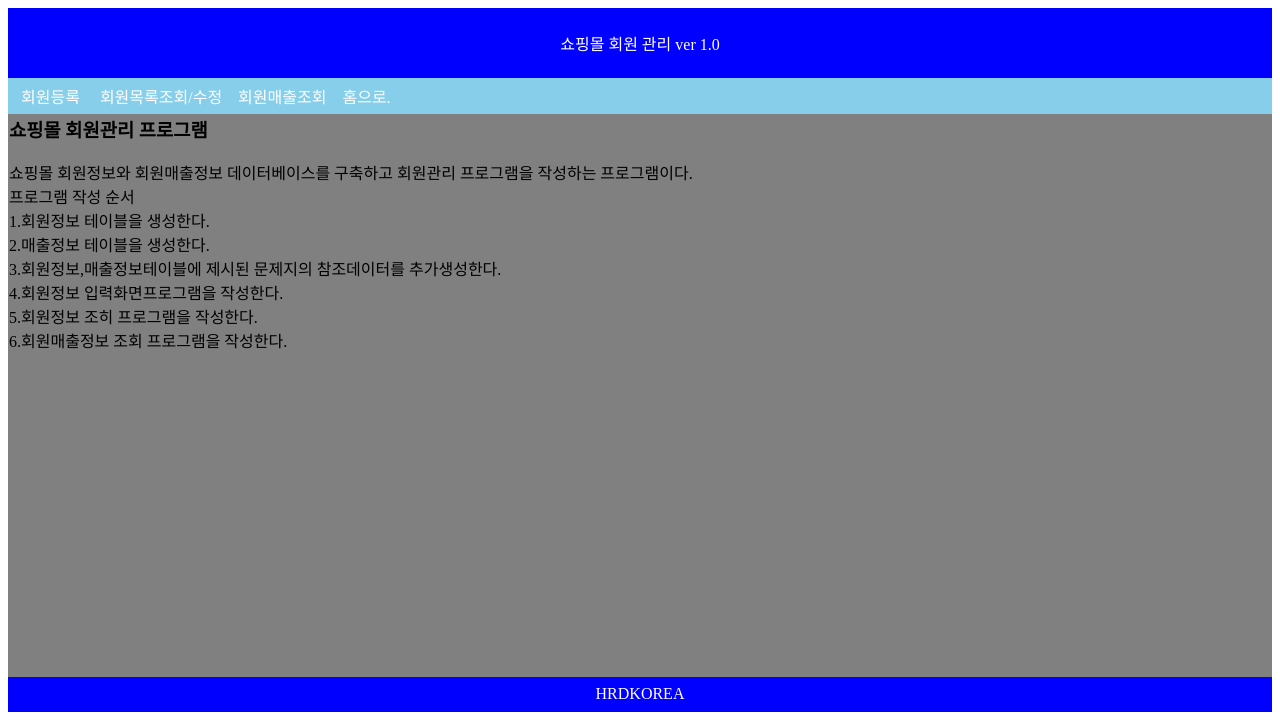
Repository: choigobin/Programming
Page: http://localhost/HRD1118/
An editor plug-in stored every save of this project. The page is shown before and after the next save, followed by the edit.
The browser window is 1280 px wide. The pictures show the whole page.
The page is served by Tomcat 9.

Above is the page before, as saved 2019-11-18 04:10:35.

After the next save:
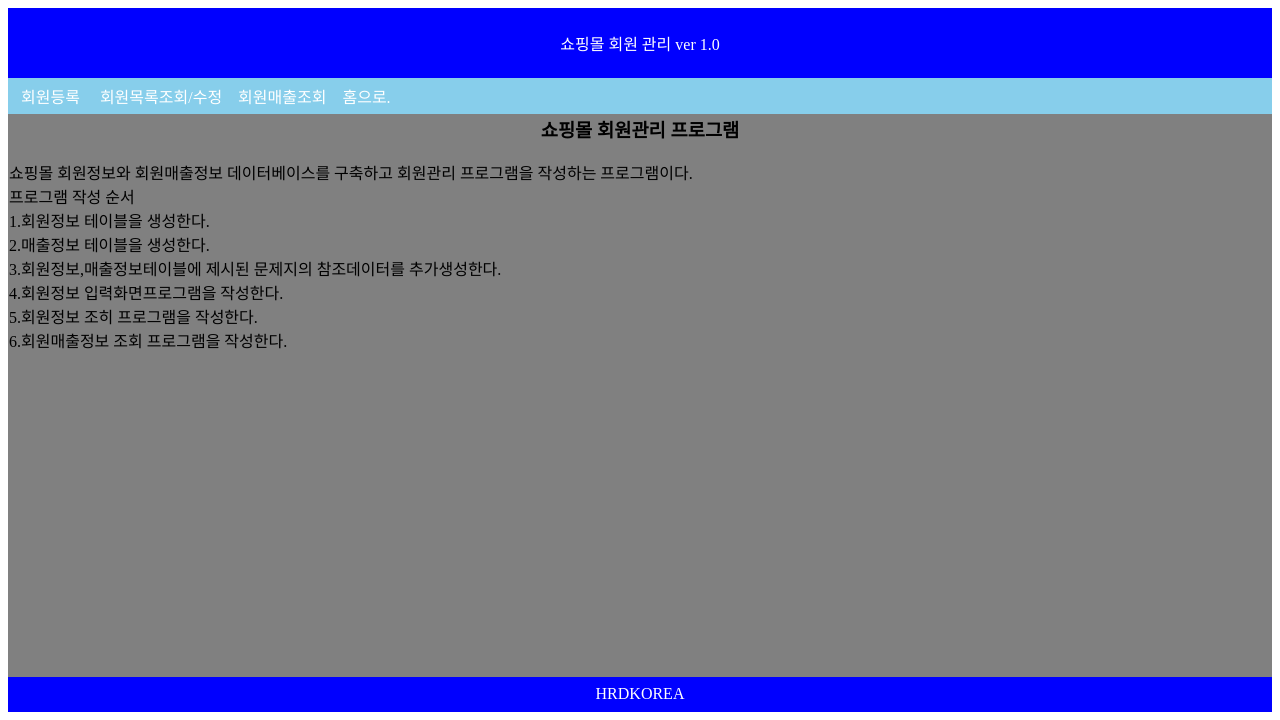
Saved 16 s later.
--- a/YangJung/workspace/HRD1118/WebContent/index.jsp
+++ b/YangJung/workspace/HRD1118/WebContent/index.jsp
@@ -25,7 +25,7 @@ a{
 <jsp:include page="nav.jsp"/>
 <tr>
 <td valign="top" bgcolor="gray">
-<h3>쇼핑몰 회원관리 프로그램</h3>
+<h3 align="center">쇼핑몰 회원관리 프로그램</h3>
 쇼핑몰 회원정보와 회원매출정보 데이터베이스를 구축하고 회원관리 프로그램을 작성하는 프로그램이다.<br/>
 프로그램 작성 순서<br/>
 1.회원정보 테이블을 생성한다.<br/>
